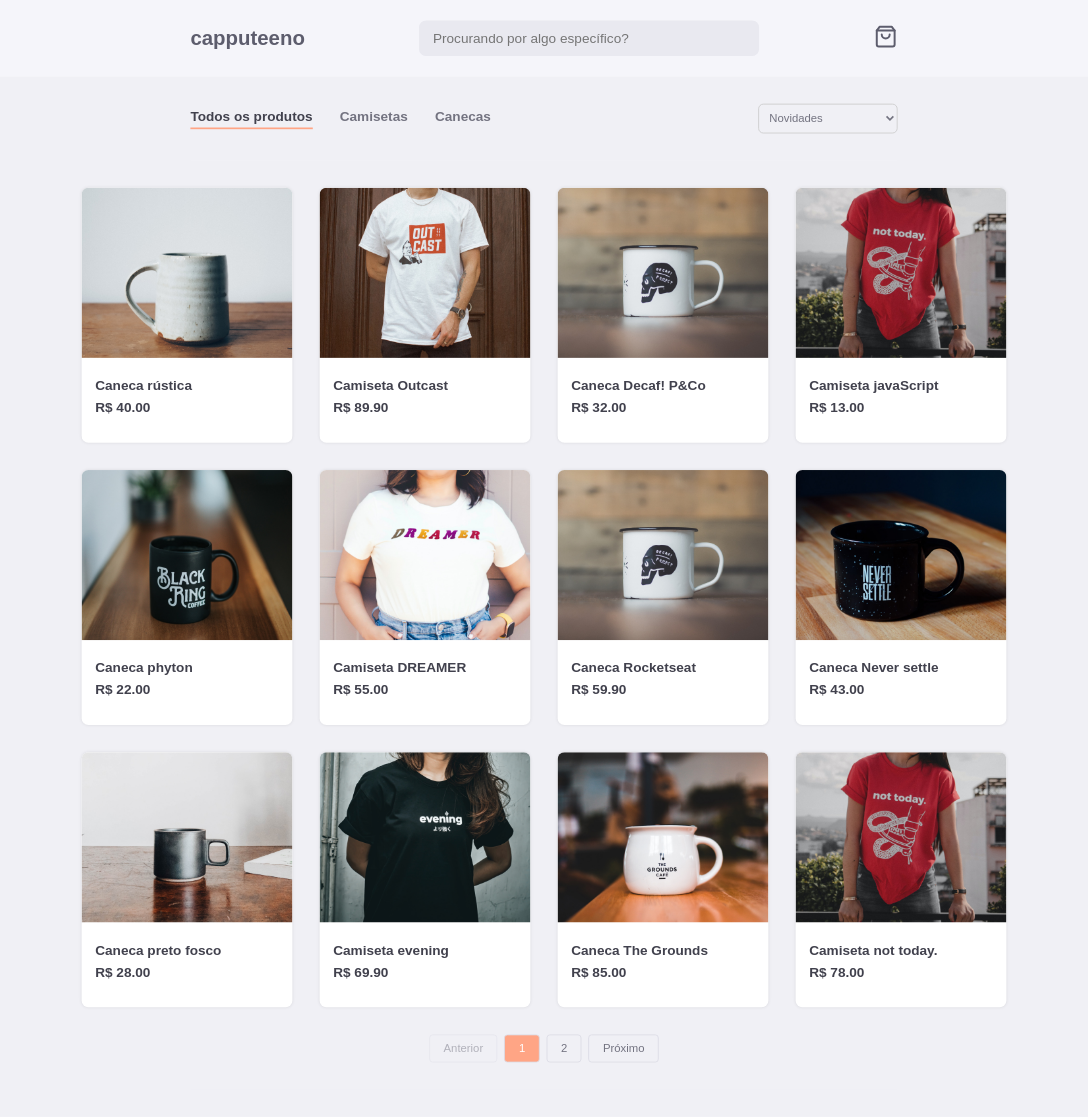
Repository: Biel-barbosa/capputeenoecomerce
Page: /
The author's editor kept a copy of each file at every save. The page is drawn from the files as they stood at one save, then again after the next save.
The browser window is 1280 px wide. The pictures show the whole page, at 85% of full size.
The project was rebuilt for these pictures with package versions that can differ from the ones it lists, and the page was loaded fresh each time. The framework's server and built-in components were replaced by stand-ins that run in the browser. Also part of the build but not shown: next.config.ts.

Above is the page before, as saved 2025-04-25 13:37:30.

### src/app/layout.tsx
import type { Metadata } from "next";
import { Geist, Geist_Mono } from "next/font/google";
import "./globals.css";
import { CartProvider } from "../contexts/CartContexts"; // Adicione a importação do CartProvider

const geistSans = Geist({
  variable: "--font-geist-sans",
  subsets: ["latin"],
});

const geistMono = Geist_Mono({
  variable: "--font-geist-mono",
  subsets: ["latin"],
});

export const metadata: Metadata = {
  title: "Create Next App",
  description: "Generated by create next app",
};

export default function RootLayout({
  children,
}: Readonly<{
  children: React.ReactNode;
}>) {
  return (
    <html lang="en">
      <body className={`${geistSans.variable} ${geistMono.variable}`}>

        <CartProvider>
          {children}
        </CartProvider>
      </body>
    </html>
  );
}

### src/app/page.tsx
'use client'
import { useState, useMemo } from 'react'
import styled from 'styled-components'
import Header from '../components/Header'
import { products as allProducts } from '../data/products'
import ProductsList from '@/components/ProductsList'

const Container = styled.main`
  padding: 2rem 14rem;
  background-color: #f0f0f5;
`

const FiltersWrapper = styled.div`
  display: flex;
  justify-content: space-between;
  align-items: center;
  flex-wrap: wrap;
  margin-bottom: 2rem;
  text-color: #41414D;
`

const Categories = styled.div`
  display: flex;
  gap: 2rem;

  button {
    background: none;
    border: none;
    font-weight: 600;
    font-size: 1rem;
    cursor: pointer;
    border-bottom: 2px solid transparent;
    padding-bottom: 4px;
    transition: 0.2s;
    color: #737380;

    &.active {
      color: #41414D;
      border-color: #FFA585;
    }
  }
`

const SortSelect = styled.select`
  background: #f0f0f5;
  color: #737380;
  padding: 0.5rem;
  border-radius: 6px;
  border: 1px solid #ccc;
`

const HomePage = () => {
  const [category, setCategory] = useState('all')
  const [searchTerm, setSearchTerm] = useState('')
  const [sortOption, setSortOption] = useState('newest')
  const [currentPage, setCurrentPage] = useState(1)

  const itemsPerPage = 12

  const filteredProducts = useMemo(() => {
    let products = allProducts.filter((product) => {
      const matchesCategory = category === 'all' || product.category === category
      const matchesSearch = product.title.toLowerCase().includes(searchTerm.toLowerCase())
      return matchesCategory && matchesSearch
    })

    if (sortOption === 'price-asc') {
      products = products.sort((a, b) => a.price - b.price)
    } else if (sortOption === 'price-desc') {
      products = products.sort((a, b) => b.price - a.price)
    } else if (sortOption === 'bestsellers') {
      products = products.sort((a, b) => b.sales - a.sales)
    } else {
      products = products.sort((a, b) => new Date(b.createdAt).getTime() - new Date(a.createdAt).getTime())
    }

    return products
  }, [category, searchTerm, sortOption])

  const totalPages = Math.ceil(filteredProducts.length / itemsPerPage)
  const paginatedProducts = filteredProducts.slice(
    (currentPage - 1) * itemsPerPage,
    currentPage * itemsPerPage
  )

  return (
    <>
      <Header onSearch={setSearchTerm} />
      <Container>
        <FiltersWrapper>
          <Categories>
            {['all', 't-shirts', 'mugs'].map((cat) => (
              <button
                key={cat}
                className={category === cat ? 'active' : ''}
                onClick={() => {
                  setCategory(cat)
                  setCurrentPage(1)
                }}
              >
                {cat === 'all' ? 'Todos os produtos' : cat === 't-shirts' ? 'Camisetas' : 'Canecas'}
              </button>
            ))}
          </Categories>

          <SortSelect
            value={sortOption}
            onChange={(e) => {
              setSortOption(e.target.value)
              setCurrentPage(1) // resetar página ao mudar ordenação
            }}
          >
            <option value="newest">Novidades</option>
            <option value="price-desc">Preço: Maior - menor</option>
            <option value="price-asc">Preço: Menor - maior</option>
            <option value="bestsellers">Mais vendidos</option>
          </SortSelect>
        </FiltersWrapper>

        <ProductsList
          products={paginatedProducts}
          currentPage={currentPage}
          totalPages={totalPages}
          onPageChange={setCurrentPage}
        />
      </Container>
    </>
  )
}

export default HomePage

### src/contexts/CartContexts.tsx
'use client';

import React, {
    createContext,
    useContext,
    useState,
    useEffect,
    ReactNode,
} from 'react';
import { Product } from '@/data/products';

export type CartItem = Product & { quantity: number };

export type CartContextType = {
    cart: CartItem[];
    addToCart: (product: Product) => void;
    removeFromCart: (id: string) => void;
    updateCart: (items: CartItem[]) => void;
    cartItemCount: number;
};

export const CartContext = createContext<CartContextType | undefined>(undefined);

export const CartProvider = ({ children }: { children: ReactNode }) => {
    const [cart, setCart] = useState<CartItem[]>([]);

    useEffect(() => {
        const stored = localStorage.getItem('cart');
        if (stored) {
            setCart(JSON.parse(stored));
        }
    }, []);

    const saveCart = (items: CartItem[]) => {
        setCart(items);
        localStorage.setItem('cart', JSON.stringify(items));
    };

    const addToCart = (product: Product) => {
        const existing = cart.find(item => item.id === product.id);

        let updatedCart: CartItem[];

        if (existing) {
            updatedCart = cart.map(item =>
                item.id === product.id
                    ? { ...item, quantity: item.quantity + 1 }
                    : item
            );
        } else {
            updatedCart = [...cart, { ...product, quantity: 1 }];
        }

        saveCart(updatedCart);
    };

    const removeFromCart = (id: string) => {
        const updatedCart = cart.filter(item => item.id !== id);
        saveCart(updatedCart);
    };

    const updateCart = (items: CartItem[]) => {
        saveCart(items);
    };

    const cartItemCount = cart.reduce((total, item) => total + item.quantity, 0);

    return (
        <CartContext.Provider
            value={{ cart, addToCart, removeFromCart, updateCart, cartItemCount }}
        >
            {children}
        </CartContext.Provider>
    );
};

export const useCart = () => {
    const context = useContext(CartContext);
    if (!context) {
        throw new Error('useCart must be used within a CartProvider');
    }
    return context;
};

### src/components/Header.tsx
'use client';

import styled from 'styled-components';
import { FiShoppingBag } from 'react-icons/fi';
import Link from 'next/link';
import { useCart } from '@/contexts/CartContexts';

type HeaderProps = {
  onSearch?: (value: string) => void;
};

// Estilos
const HeaderContainer = styled.header`
  width: 100%;
  padding: 1.5rem 14rem;
  display: flex;
  align-items: center;
  justify-content: space-between;
  background-color: #f5f5fa;
  flex-wrap: wrap;
  gap: 1rem;
`;

const Logo = styled.h1`
  font-size: 1.5rem;
  font-weight: 600;
  color: #5d5d6d;
  margin: 0;
`;

const SearchInput = styled.input`
  flex: 1;
  max-width: 400px;
  margin: 0 2rem;
  padding: 0.75rem 1rem;
  border: none;
  border-radius: 8px;
  background: #e9e9f0;
  font-size: 1rem;
  color: #737380;

  &:focus {
    outline: 2px solid #115d8c;
  }

  @media (max-width: 768px) {
    margin: 0;
    width: 100%;
    order: 3;
  }
`;

const CartButton = styled.button`
  position: relative;
  background: none;
  border: none;
  cursor: pointer;

  svg {
    font-size: 1.75rem;
    color: #5d5d6d;
  }
`;

const CartCount = styled.span`
  position: absolute;
  top: -8px;
  right: -8px;
  background-color: #de3838;
  color: white;
  border-radius: 50%;
  font-size: 0.75rem;
  padding: 0.25rem 0.5rem;
  line-height: 1;
`;

const Header = ({ onSearch }: HeaderProps) => {
  const { cartItemCount } = useCart();

  return (
    <HeaderContainer>
      <Link href="/" passHref>
        <Logo>capputeeno</Logo>
      </Link>

      <SearchInput
        type="text"
        placeholder="Procurando por algo específico?"
        onChange={(e) => onSearch?.(e.target.value)}
      />

      <Link href="/cart" passHref>
        <CartButton>
          <FiShoppingBag />
          {cartItemCount > 0 && <CartCount>{cartItemCount}</CartCount>}
        </CartButton>
      </Link>
    </HeaderContainer>
  );
};

export default Header;

### src/components/ProductsList.tsx
'use client';

import styled from 'styled-components';
import { Product } from '@/data/products';
import Link from 'next/link';

type Props = {
  products: Product[];
  currentPage: number;
  totalPages: number;
  onPageChange: (page: number) => void;
};

const Container = styled.main`
  flex: 1;
  background-color: #f0f0f5;
  padding: 2rem;
`;

const ProductsGrid = styled.div`
  display: grid;
  grid-template-columns: repeat(4, 248px);
  gap: 2rem;
  justify-content: center;

  @media (max-width: 1024px) {
    grid-template-columns: repeat(2, 1fr);
  }

  @media (max-width: 600px) {
    grid-template-columns: 1fr;
  }
`;

const ProductCard = styled.div`
  background-color: white;
  border-radius: 8px;
  width: 248px;
  height: 300px;
  box-shadow: 0 0 4px rgba(0, 0, 0, 0.1);
  display: flex;
  flex-direction: column;
  justify-content: space-between;
  overflow: hidden;
  cursor: pointer;
`;

const ProductImage = styled.img`
  width: 100%;
  height: 200px;
  object-fit: cover;
`;

const ProductInfo = styled.div`
  padding: 1rem;
  display: flex;
  flex-direction: column;
  justify-content: start;
  height: 156px;
`;

const ProductTitle = styled.h3`
  font-size: 1rem;
  color: #41414d;
  margin: 0.5rem 0;
`;

const ProductPrice = styled.span`
  font-weight: bold;
  color: #41414D;
`;

const PaginationContainer = styled.div`
  display: flex;
  justify-content: center;
  margin-top: 2rem;
  gap: 0.5rem;
`;

const PageButton = styled.button<{ $isActive: boolean }>`
  background: ${({ $isActive }) => ($isActive ? '#FFA585' : 'transparent')};
  border: 1px solid #dcdce5;
  color: ${({ $isActive }) => ($isActive ? '#fff' : '#737380')};
  padding: 0.5rem 1rem;
  border-radius: 4px;
  cursor: pointer;

  &:disabled {
    opacity: 0.5;
    cursor: not-allowed;
  }
`;

const ProductsList = ({ products, currentPage, totalPages, onPageChange }: Props) => {
  return (
    <Container>
      <ProductsGrid>
        {products.map((product) => (
          <Link href={`/product/${product.id}`} passHref key={product.id}>
            <ProductCard>
              <ProductImage src={product.image} alt={product.title} />
              <ProductInfo>
                <ProductTitle>{product.title}</ProductTitle>
                <ProductPrice>R$ {product.price.toFixed(2)}</ProductPrice>
              </ProductInfo>
            </ProductCard>
          </Link>
        ))}
      </ProductsGrid>

      <PaginationContainer>
        <PageButton onClick={() => onPageChange(currentPage - 1)} disabled={currentPage === 1} $isActive={false}>
          Anterior
        </PageButton>

        {[...Array(totalPages)].map((_, index) => {
          const page = index + 1;
          return (
            <PageButton
              key={page}
              onClick={() => onPageChange(page)}
              $isActive={currentPage === page}
            >
              {page}
            </PageButton>
          );
        })}

        <PageButton onClick={() => onPageChange(currentPage + 1)} disabled={currentPage === totalPages} $isActive={false}>
          Próximo
        </PageButton>
      </PaginationContainer>
    </Container>
  );
};

export default ProductsList;

Loaded but not shown: src/app/globals.css (common file); src/data/products.ts (157 lines, source omitted)

After the next save:
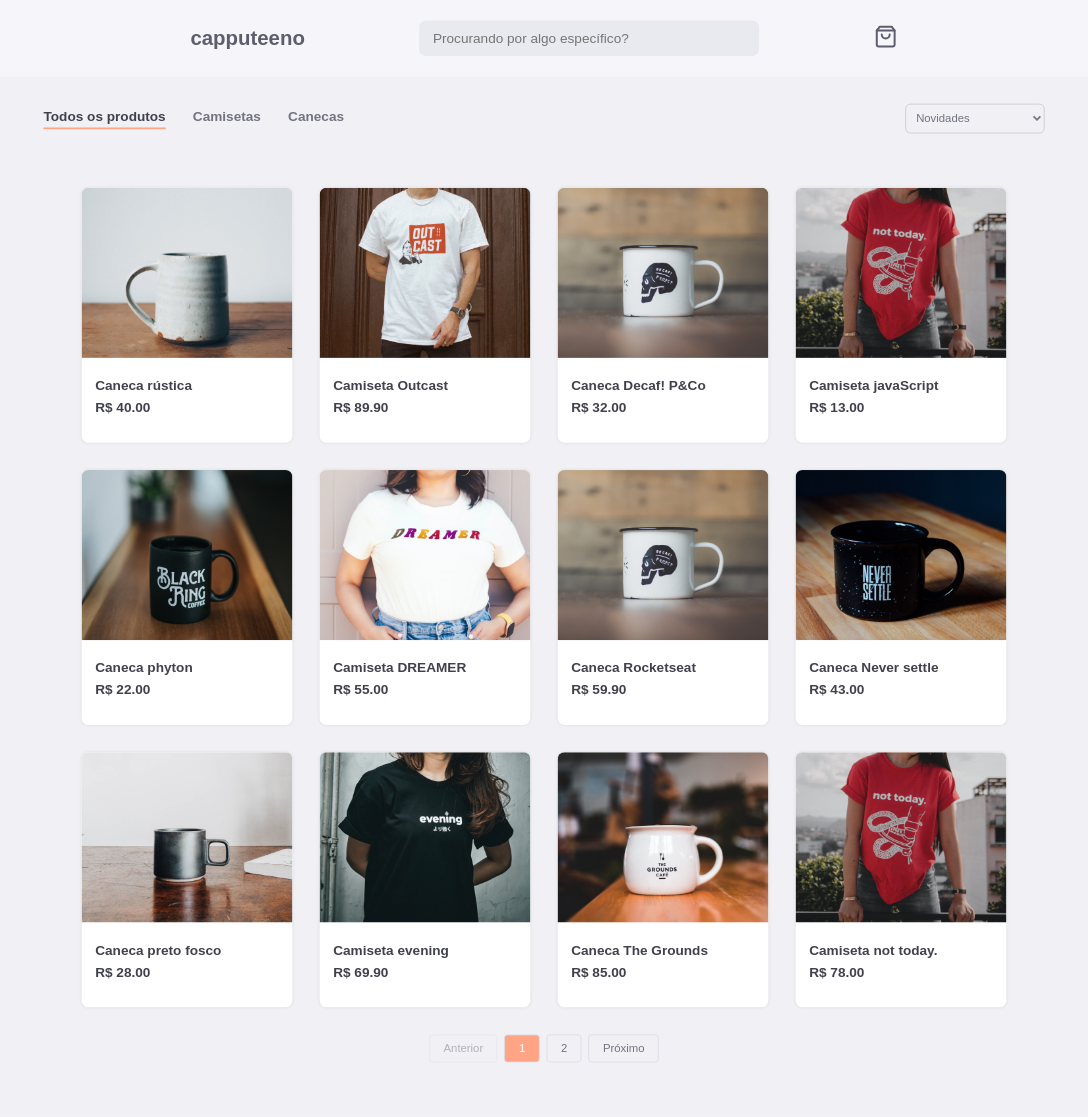
Saved 3 min 45 s later.
--- a/src/app/page.tsx
+++ b/src/app/page.tsx
@@ -1,4 +1,5 @@
-'use client'
+'use client';
+
 import { useState, useMemo } from 'react'
 import styled from 'styled-components'
 import Header from '../components/Header'
@@ -6,8 +7,11 @@
 import ProductsList from '@/components/ProductsList'
 
 const Container = styled.main`
-  padding: 2rem 14rem;
+  width: 100%;
+  padding: 2rem 4vw;
   background-color: #f0f0f5;
+  min-height: 100vh;
+  box-sizing: border-box;
 `
 
 const FiltersWrapper = styled.div`
@@ -16,7 +20,6 @@
   align-items: center;
   flex-wrap: wrap;
   margin-bottom: 2rem;
-  text-color: #41414D;
 `
 
 const Categories = styled.div`
@@ -107,7 +110,7 @@
             value={sortOption}
             onChange={(e) => {
               setSortOption(e.target.value)
-              setCurrentPage(1) // resetar página ao mudar ordenação
+              setCurrentPage(1)
             }}
           >
             <option value="newest">Novidades</option>

After the save that followed:
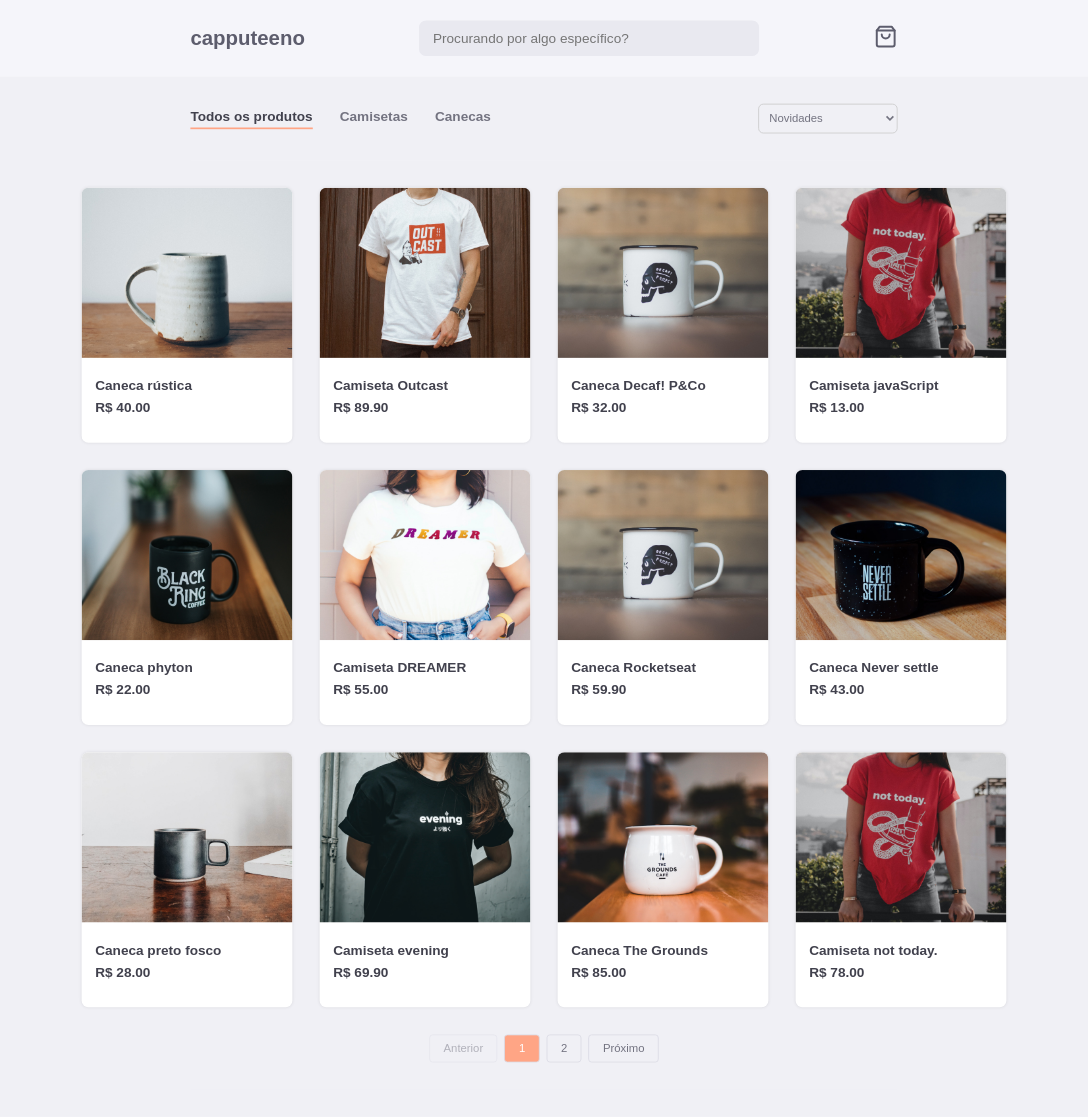
Saved 15 s later.
--- a/src/app/page.tsx
+++ b/src/app/page.tsx
@@ -1,5 +1,4 @@
-'use client';
-
+'use client'
 import { useState, useMemo } from 'react'
 import styled from 'styled-components'
 import Header from '../components/Header'
@@ -7,11 +6,8 @@
 import ProductsList from '@/components/ProductsList'
 
 const Container = styled.main`
-  width: 100%;
-  padding: 2rem 4vw;
+  padding: 2rem 14rem;
   background-color: #f0f0f5;
-  min-height: 100vh;
-  box-sizing: border-box;
 `
 
 const FiltersWrapper = styled.div`
@@ -20,6 +16,7 @@
   align-items: center;
   flex-wrap: wrap;
   margin-bottom: 2rem;
+  text-color: #41414D;
 `
 
 const Categories = styled.div`
@@ -110,7 +107,7 @@
             value={sortOption}
             onChange={(e) => {
               setSortOption(e.target.value)
-              setCurrentPage(1)
+              setCurrentPage(1) // resetar página ao mudar ordenação
             }}
           >
             <option value="newest">Novidades</option>
